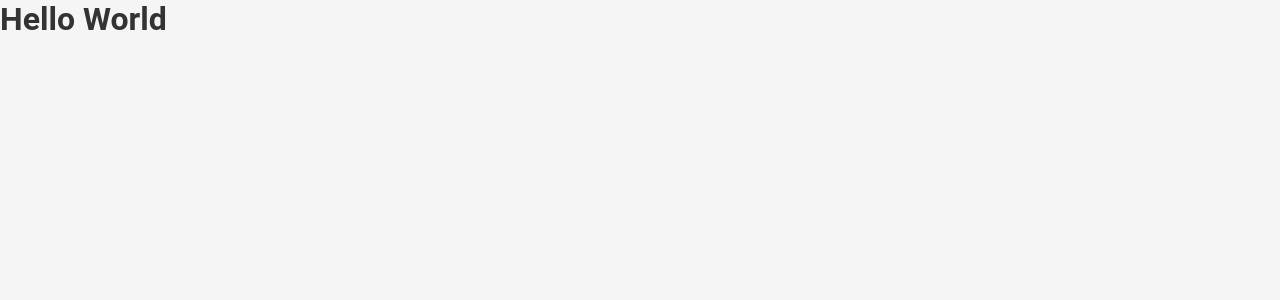
Repository: adinduokoro/kiosk-self-checkout
Page: /
The author's editor kept a copy of each file at every save. The page is drawn from the files as they stood at one save, then again after the next save.
The browser window is 1280 px wide. The pictures show the whole page.
The project was rebuilt for these pictures with package versions that can differ from the ones it lists, and the page was loaded fresh each time. Also part of the build but not shown: vite.config.ts.

Above is the page before, as saved 2026-01-10 09:55:22.

After the next save:
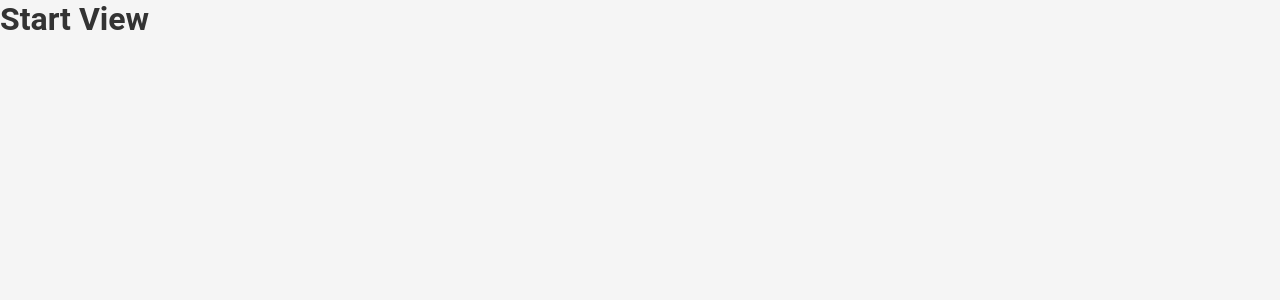
Saved 21 s later.
--- a/src/App.vue
+++ b/src/App.vue
@@ -2,8 +2,8 @@
 </script>
 
 <template>
-  <div>
-    <h1>Hello World</h1>
+  <div id="app">
+    <router-view />
   </div>
 </template>
 
